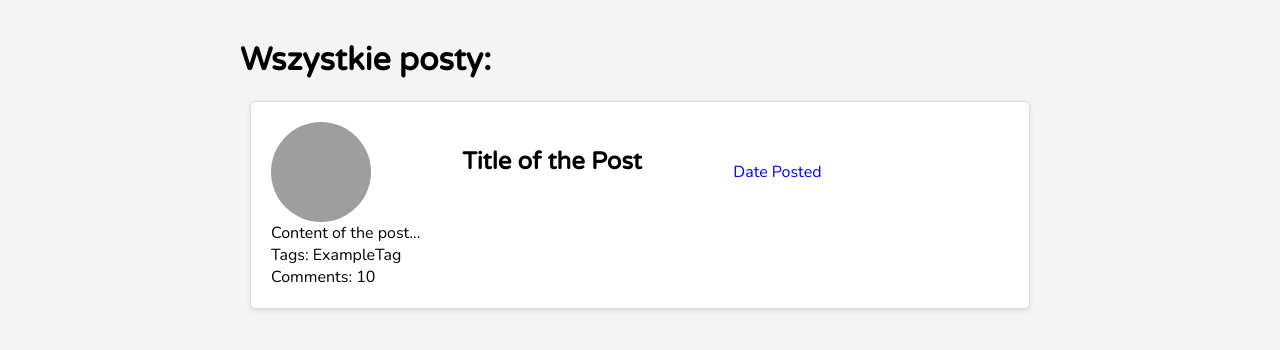
Repository: noisevisionproductions/PlayMeetWebsite
Page: src/main/resources/templates/posts.html
An editor plug-in stored every save of this project. The page is shown before and after the next save, followed by the edit.
The browser window is 1280 px wide. The pictures show the whole page.
Pictures or frames that could not be fetched are drawn as grey boxes. The page's requests for data from a server got no answer. Some web libraries are served in a nearby version.

Above is the page before, as saved 2024-03-25 11:36:21.

### src/main/resources/templates/posts.html
<!DOCTYPE html>
<html lang="en">

<head>
    <meta charset="UTF-8">
    <meta name="viewport" content="width=device-width, initial-scale=1.0">
    <title>Posty</title>
    <link rel="icon" type="image/x-icon" href="assets/favicon.ico" />
    <!-- Font Awesome icons (free version)-->
    <script src="https://use.fontawesome.com/releases/v6.3.0/js/all.js" crossorigin="anonymous"></script>
    <!-- Google fonts-->
    <link href="https://fonts.googleapis.com/css?family=Varela+Round" rel="stylesheet" />
    <link
        href="https://fonts.googleapis.com/css?family=Nunito:200,200i,300,300i,400,400i,600,600i,700,700i,800,800i,900,900i"
        rel="stylesheet" />
    <!-- Core theme CSS (includes Bootstrap)-->
    <link href="css/posts.css" rel="stylesheet" />

</head>

<body>
    <div class="container">
        <h1 class="posts-header">Wszystkie posty:</h1>
        <div id="posts-container">
            <!-- Individual post example -->
            <div class="post">
                <div class="post-header">
                    <img src="path/to/avatar.png" alt="Avatar użytkownika" class="post-avatar">
                    <h2 class="post-title">Title of the Post</h2>
                    <span class="post-date">Date Posted</span>
                </div>
                <div class="post-content">
                    Content of the post...
                </div>
                <div class="post-footer">
                    <div class="post-tags">Tags: ExampleTag</div>
                    <div class="post-comments-count">Comments: 10</div>
                </div>
            </div>
            <!-- Additional posts would be similarly structured -->
        </div>
    </div>
    <script src="js/posts.js"></script>
</body>


</html>

### src/main/resources/static/css/posts.css
body {
    font-family: "Nunito", sans-serif;
    margin: 0;
    padding: 0;
    background-color: #f4f4f4;
}

.container {
    max-width: 800px;
    margin: auto;
    padding: 20px;
}

.post {
    background: #fff;
    background-color: #fff;
    padding: 20px;
    margin-bottom: 20px;
    border: 1px solid #ddd;
    border-radius: 5px;
    margin: 10px;
    box-shadow: 0 2px 4px rgba(0, 0, 0, 0.1);
}

.post-header {
    display: flex;
    justify-content: space-between;
    align-items: center;
}

.post-avatar {
    flex-shrink: 0;
    width: 100px;
    height: 100px;
    border-radius: 50%;
    object-fit: cover;
}

.post-sportType {
    margin-right: 5px;
    color: blue;
    flex-grow: 1;
}


.post-date {
    margin-right: 5px;
    color: blue;
    flex-grow: 1;
}

.post-chat {
    margin-right: 5px;
    color: blue;
    flex-grow: 1;
}

.post-title {
    flex-grow: 1;
    text-align: center;
}

.post h2 {
    margin-top: 0;
}

h1,
h2,
h3,
h4,
h5,
h6 {
    font-family: "Varela Round", sans-serif;
}

### src/main/resources/static/js/posts.js
/*!
* Script for displaying posts that users created. Posts will be downloaded from database.
*/
document.addEventListener('DOMContentLoaded', function () {
    fetch('/api/posts', {
        headers: {
            'Accept': 'application/json'
        }
    })
        .then(response => response.json())
        .then(posts => {
            const postsContainer = document.getElementById('posts-container');
            posts.forEach(element => {
                const postElement = document.createElement('div');
                postElement.className = 'post';

                // Creating header
                const postHeader = document.createElement('div');
                postHeader.className = 'post-header';

                const userAvatar = document.createElement('img');
                userAvatar.src = element.avatar || 'assets/post/sample_avatar.png'; // Fallback to a default avatar if none provided
                userAvatar.alt = 'Avatar';
                userAvatar.className = 'post-avatar';

                const postTitle = document.createElement('h2');
                postTitle.className = 'post-sportType';
                postTitle.textContent = element.sportType; // Assuming `title` is part of your JSON

                const postDate = document.createElement('span');
                postDate.className = 'post-date';
                postDate.textContent = element.dateTime; // Format as needed

                postHeader.appendChild(userAvatar);
                postHeader.appendChild(postTitle);
                postHeader.appendChild(postDate);

                // Creating post content
                const postContent = document.createElement('div');
                postContent.className = 'post-content';
                postContent.textContent = element.cityName; // Assuming `content` is part of your JSON

                // Creating footer
                const postFooter = document.createElement('div');
                postFooter.className = 'post-footer';

                const postTags = document.createElement('div');
                postTags.className = 'post-tags';
                postTags.textContent = 'Tags: ' + element.peopleStatus; // Assuming `tags` is an array

                const postCommentsCount = document.createElement('div');
                postCommentsCount.className = 'post-comments-count';
                postCommentsCount.textContent = 'Comments: ' + element.skillLevel; // Assuming `commentsCount` is part of your JSON

                postFooter.appendChild(postTags);
                postFooter.appendChild(postCommentsCount);

                // Adding everything to the post
                postElement.appendChild(postHeader);
                postElement.appendChild(postContent);
                postElement.appendChild(postFooter);

                postsContainer.appendChild(postElement);
            });
        })
        .catch(error => console.error('Error', error));
})

After the next save:
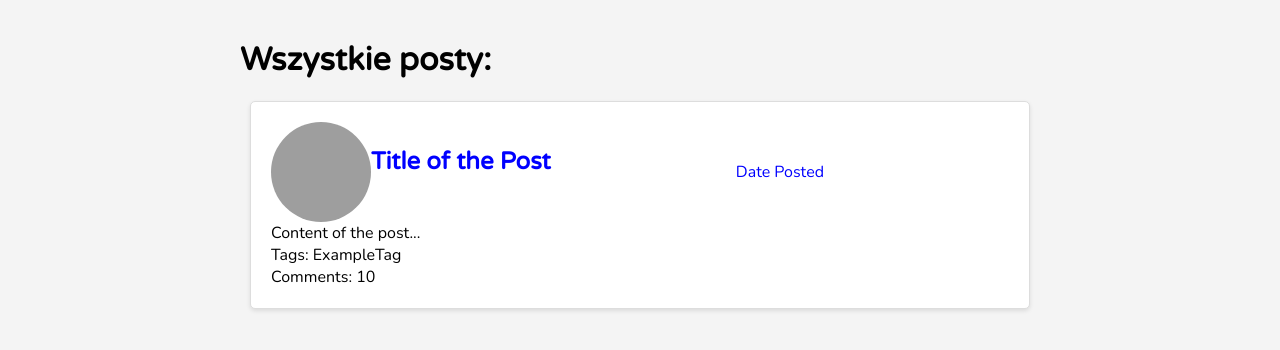
Saved 32 s later.
--- a/src/main/resources/templates/posts.html
+++ b/src/main/resources/templates/posts.html
@@ -26,7 +26,7 @@
             <div class="post">
                 <div class="post-header">
                     <img src="path/to/avatar.png" alt="Avatar użytkownika" class="post-avatar">
-                    <h2 class="post-title">Title of the Post</h2>
+                    <h2 class="post-sportType">Title of the Post</h2>
                     <span class="post-date">Date Posted</span>
                 </div>
                 <div class="post-content">
